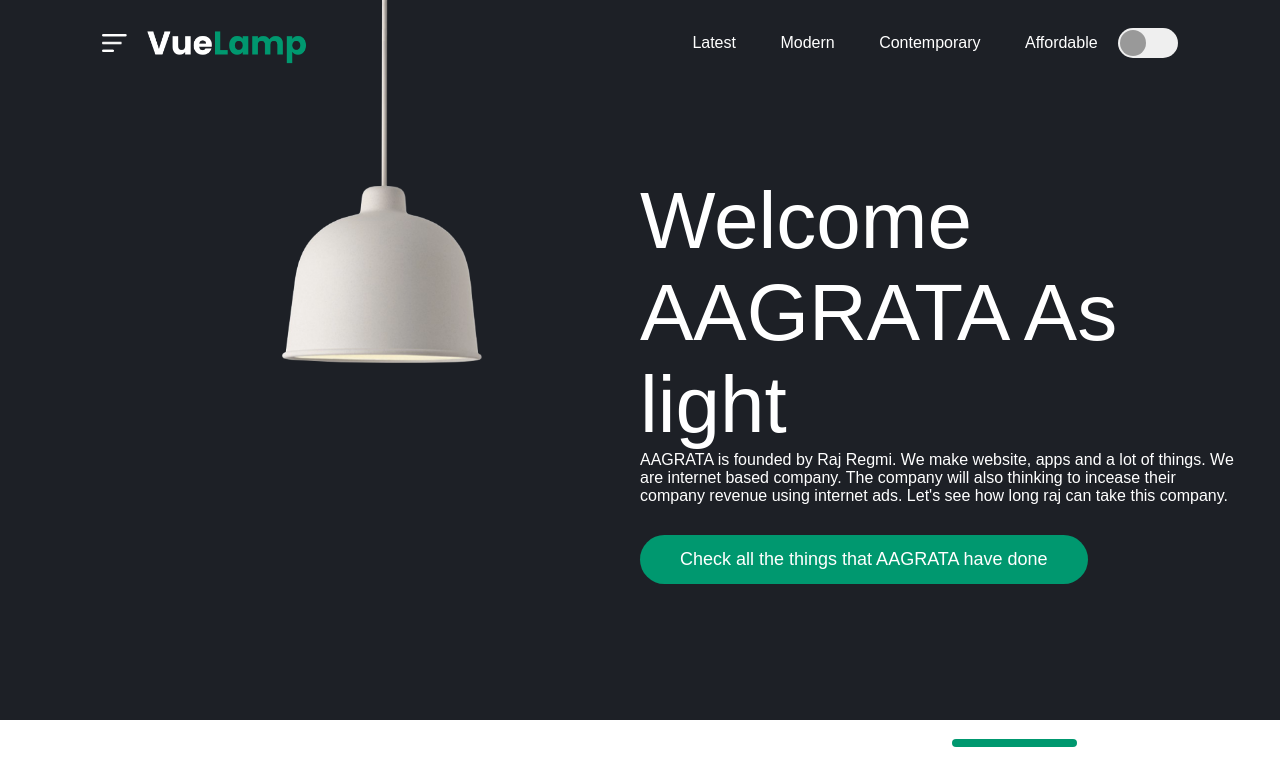
Repository: rajregmi98/newpro1
Page: index.html
The author's editor kept a copy of each file at every save. The page is drawn from the files as they stood at one save, then again after the next save.
The browser window is 1280 px wide. The pictures show the whole page.
After loading, the first visible `#btn` was clicked once.

Above is the page before, as saved 2022-09-28 13:31:57.

After the next save:
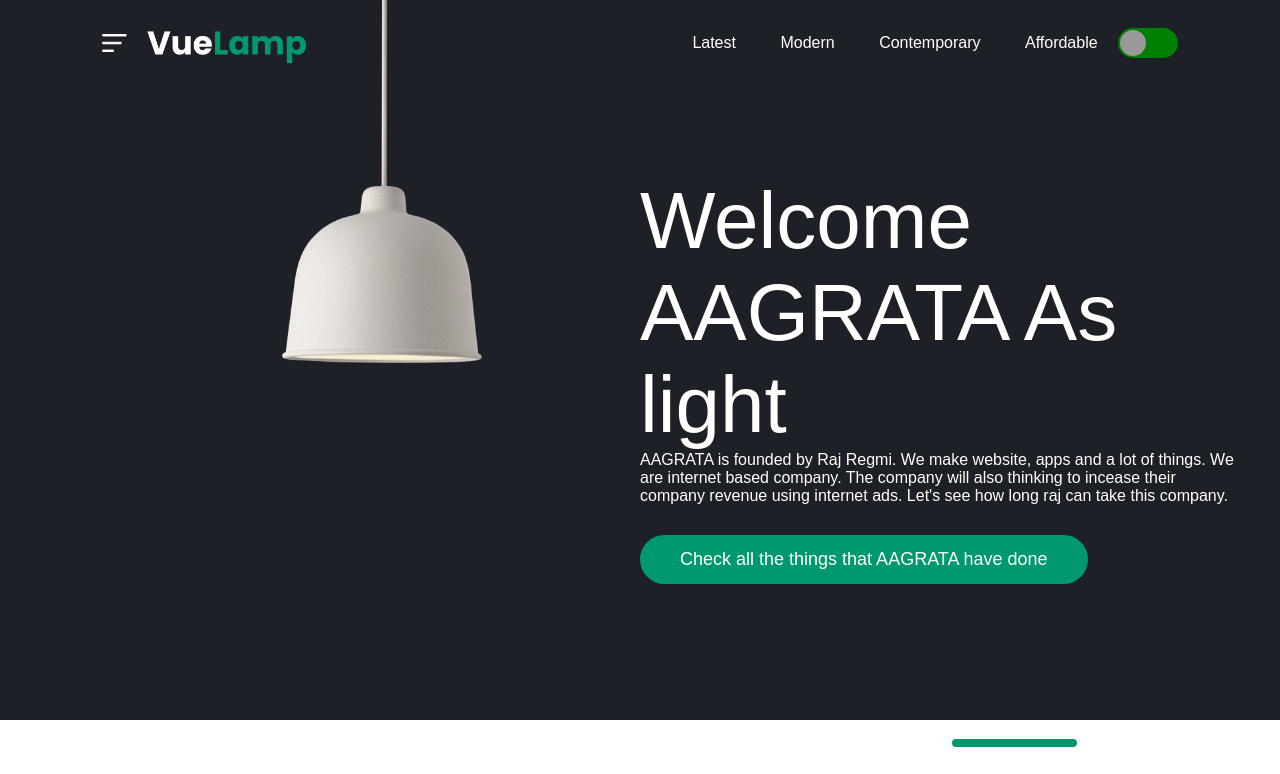
Saved 51 s later.
--- a/index.html
+++ b/index.html
@@ -42,6 +42,7 @@
     <script>
         var btn = document.getElementById("btn");
         function toggleBtn(){
+            btn.classList.toggle("active")
 
         }
     </script>
